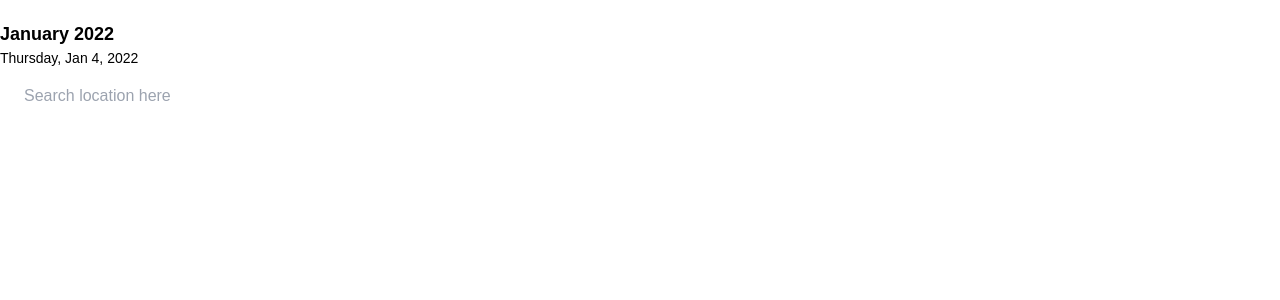
Repository: theweirdboiz/datawarehouse-ui
Page: /
An editor plug-in stored every save of this project. The page is shown before and after the next save, followed by the edit.
The browser window is 1280 px wide. The pictures show the whole page.
The project was rebuilt for these pictures with package versions that can differ from the ones it lists, and the page was loaded fresh each time. Also part of the build but not shown: vite.config.js.

Above is the page before, as saved 2022-11-23 15:44:05.

After the next save:
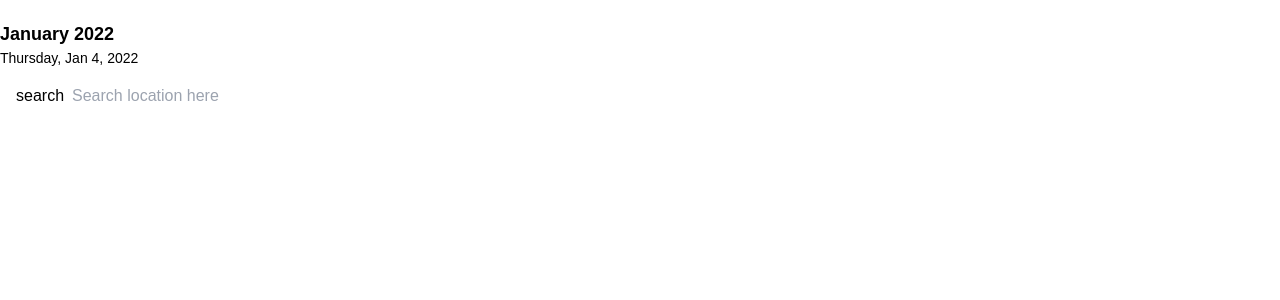
Saved 10 s later.
--- a/src/App.jsx
+++ b/src/App.jsx
@@ -10,6 +10,7 @@ function App() {
               <div className="text-sm">Thursday, Jan 4, 2022</div>
             </div>
             <div className="content__search p-4">
+              search
               <input
                 className="ml-2"
                 type="text"
